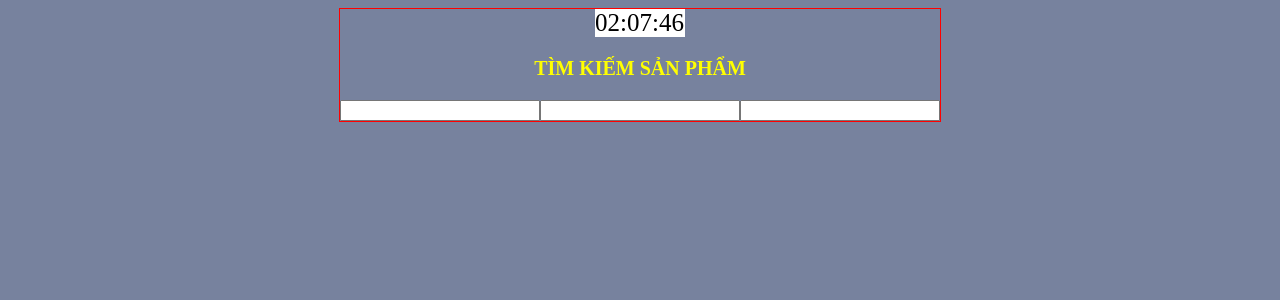
Repository: Tan-Khang21/TH_TKW--Buoi_03
Page: BT_ve_nha/Bai_1/left.html
These files come from the project's save history. The page is drawn as it stood at one moment and after the next save; the edit follows.
The browser window is 1280 px wide. The pictures show the whole page.

Above is the page before, as saved 2024-02-28 20:14:15.

After the next save:
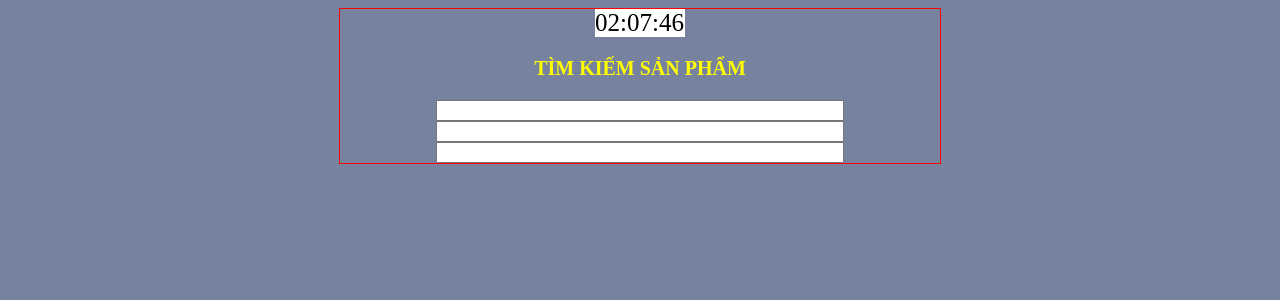
Saved 11 s later.
--- a/BT_ve_nha/Bai_1/left.html
+++ b/BT_ve_nha/Bai_1/left.html
@@ -9,7 +9,7 @@
     <div style="width: 600px; margin: 0 auto; border: 1px solid red;">
       <div style="margin: 0 auto; width:90px; background-color: white; font-size: 25px;">02:07:46</div>
       <p style="color: yellow; font-size: 20px; font-weight: bold; text-align: center;">TÌM KIẾM SẢN PHẨM</p>
-      <form style="display: flex; align-items: center; justify-content: center; ">
+      <form style="display: flex; align-items: center; justify-content: center; flex-direction: column;">
         <input type="text" style="width: 400px;">
         <input type="text" style="width: 400px;">
         <input type="text" style="width: 400px;">
